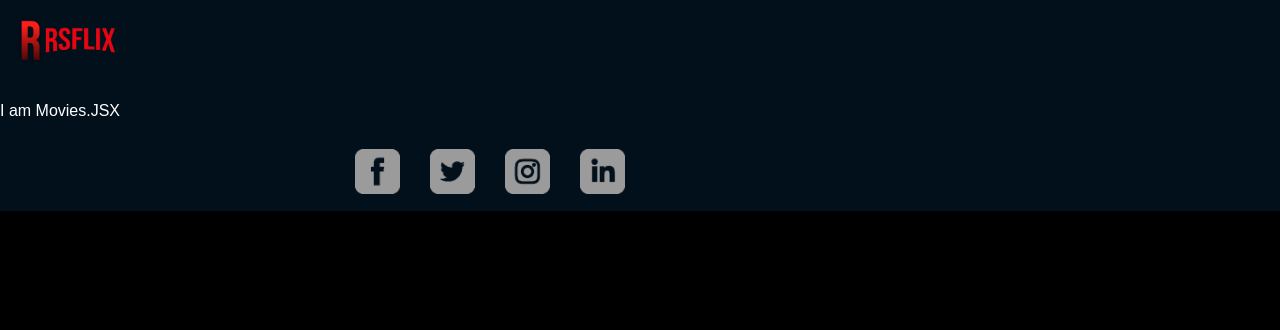
Repository: ronnysalas459/final_project_react
Page: /
The author's editor kept a copy of each file at every save. The page is drawn from the files as they stood at one save, then again after the next save.
The browser window is 1280 px wide. The pictures show the whole page.
The project was rebuilt for these pictures with package versions that can differ from the ones it lists, and the page was loaded fresh each time. Also part of the build but not shown: src/containers/Favorites.jsx.

Above is the page before, as saved 2021-09-28 20:05:51.

After the next save:
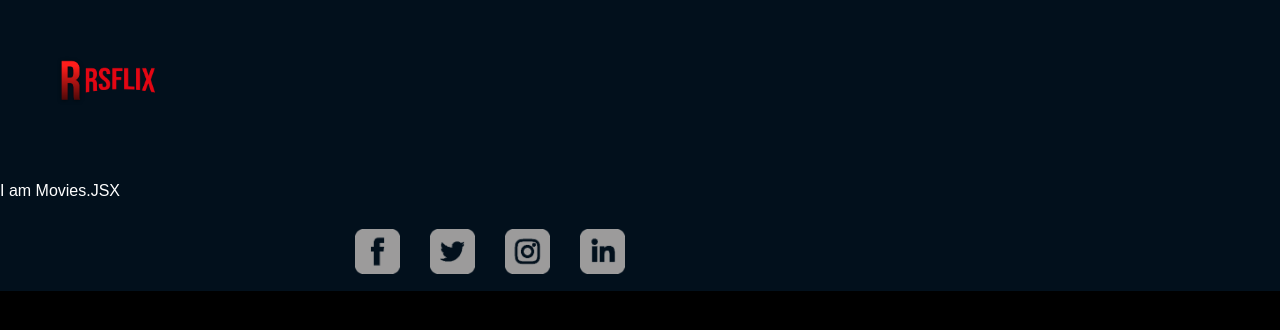
Saved 12 s later.
--- a/src/assets/styles/App.scss
+++ b/src/assets/styles/App.scss
@@ -3,7 +3,7 @@
 @mixin colCenCen {
   display: flex;
   flex-direction: column;
-  padding: 15px;
+  padding: 55px;
 }
 
 @mixin flexBetCen {
